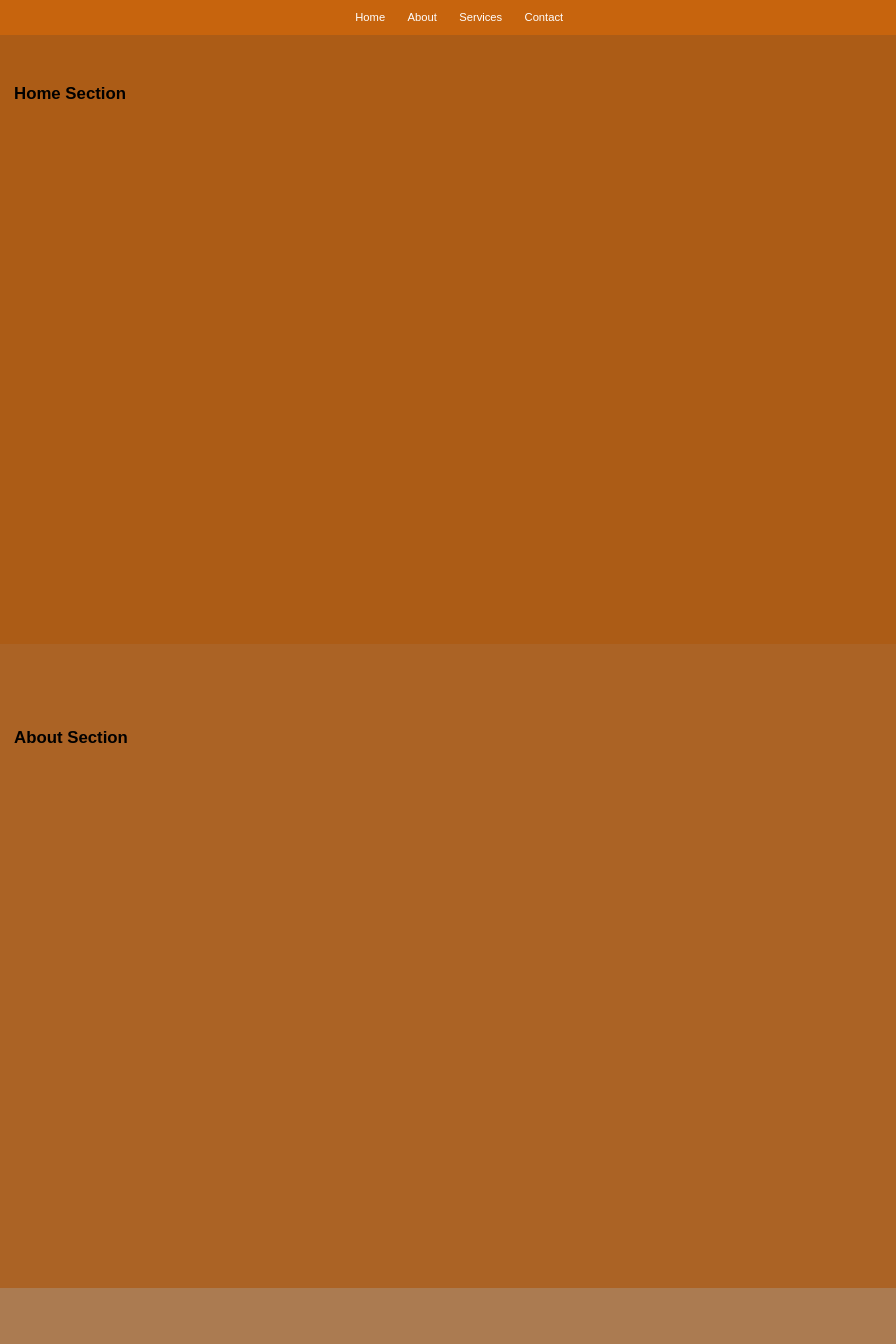
Repository: danichimescu/tema_unu_
Page: index.html
These files come from the project's save history. The page is drawn as it stood at one moment and after the next save; the edit follows.
The browser window is 1280 px wide. The pictures show the part of the page from y = 0 to 1920 px (the page is 3680 px tall), at 70% of full size.

Above is the page before, as saved 2025-10-06 01:36:24.

### index.html
<!DOCTYPE html>
<html lang="en">
<head>
  <meta charset="UTF-8">
  <meta name="viewport" content="width=device-width, initial-scale=1.0">
  <title>Document</title>
</head>
<body>

</body>
</html>

<!DOCTYPE html>
<html lang="en">
<head>
  <meta charset="UTF-8" />
  <meta name="viewport" content="width=device-width, initial-scale=1.0" />
  <title>Sovis Print</title>
  <script src="main.js" defer></script>
  <link rel="stylesheet" href="style.css" />
</head>

<body>

  <nav>
    <a href="#home">Home</a>
    <a href="#about">About</a>
    <a href="#services">Services</a>
    <a href="#contact">Contact</a>
  </nav>

  <section id="home">
    <h1>Home Section</h1>
  </section>
  <section id="about">
    <h1>About Section</h1>
  </section>
  <section id="services">
    <h1>Services Section</h1>
  </section>
  <section id="contact">
    <h1>Contact Section</h1>
  </section>

</body>

</html>

### style.css
/* ce e html? */
/* https://www.w3schools.com/cssref/pr_scroll-behavior.php#:~:text=This%20is%20default-,smooth,property%20to%20its%20default%20value. */

html {
    scroll-behavior: smooth;
}

body {
    font-family: sans-serif;
    margin: 0;
}

nav {
    position: fixed;
    top: 0;
    width: 100%;
    background: #c7640d;
    padding: 1rem;
    display: flex;
    justify-content: center;
    gap: 2rem;
}

nav a {
    color: white;
    text-decoration: none;
}

section {
    padding: 100px 20px;
    /* margin-top: 60px; */
    height: 100vh;
}

#home {
    background: #ac5c16;
}

#about {
    background: #ab6325;
}

#services {
    background: #ab7b51;
}

#contact {
    background: #b18c6c;
}

Loaded but not shown: main.js (no stored copy; drawn as an empty file)

After the next save:
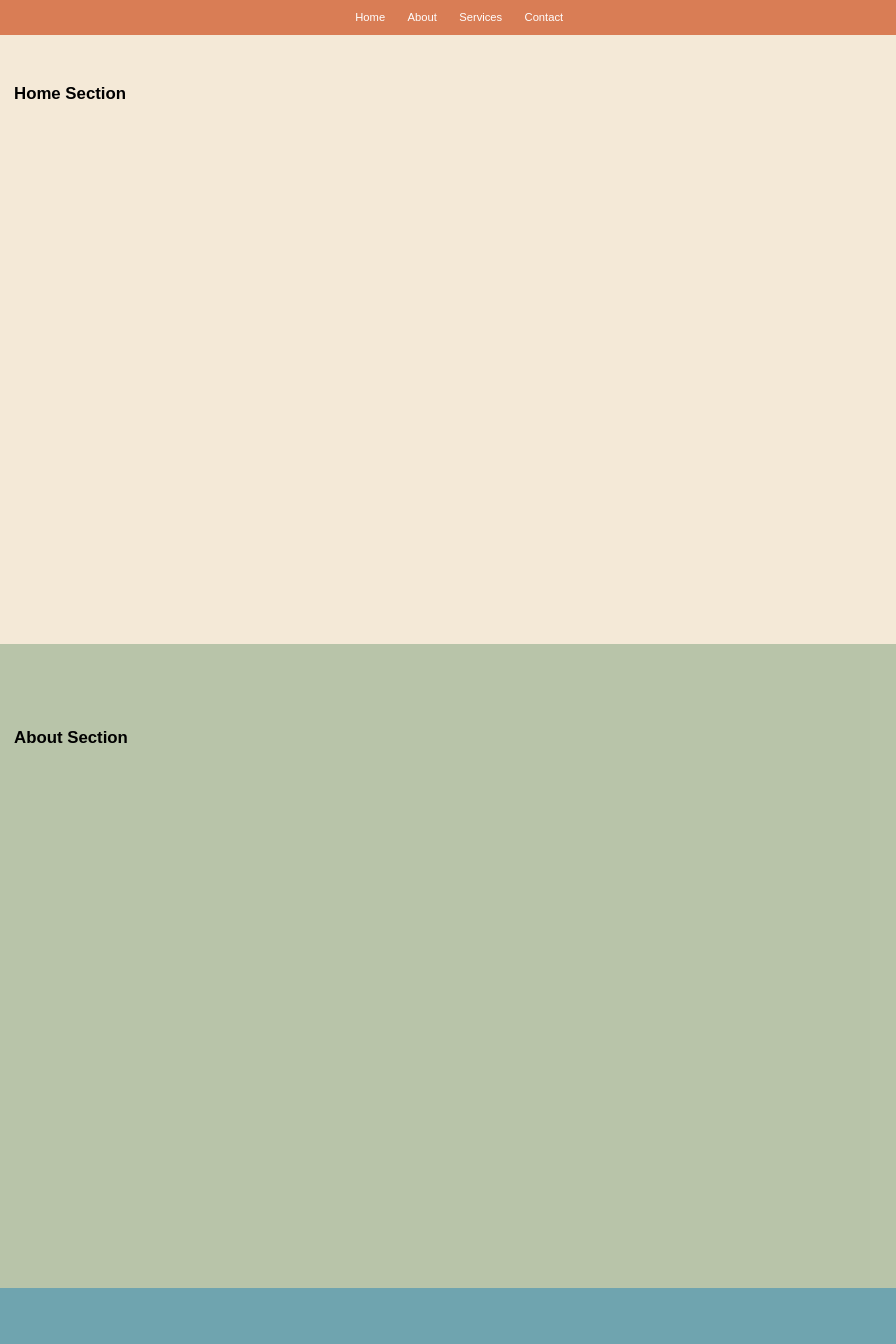
Saved 5 min 11 s later.
--- a/style.css
+++ b/style.css
@@ -14,7 +14,7 @@ nav {
     position: fixed;
     top: 0;
     width: 100%;
-    background: #c7640d;
+    background: #D97D55;
     padding: 1rem;
     display: flex;
     justify-content: center;
@@ -33,17 +33,17 @@ section {
 }
 
 #home {
-    background: #ac5c16;
+    background: #F4E9D7;
 }
 
 #about {
-    background: #ab6325;
+    background: #B8C4A9;
 }
 
 #services {
-    background: #ab7b51;
+    background: #6FA4AF;
 }
 
 #contact {
-    background: #b18c6c;
+    background: #B18C6C;
 }
